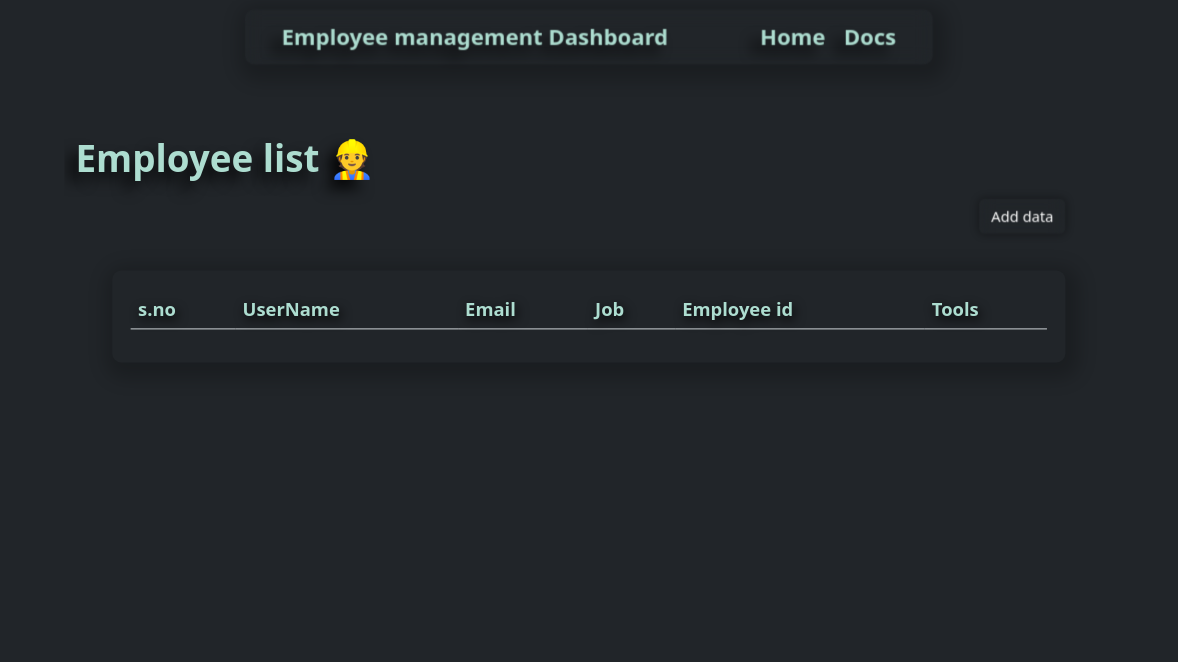
Repository: iamevs/Employee-Management-System
Page: /home (app in client/)
An editor plug-in stored every save of this project. The page is shown before and after the next save, followed by the edit.
The browser window is 1280 px wide. The pictures show the whole page, at 92% of full size.
The page's requests for data from a server got no answer. The project was rebuilt for these pictures with package versions that can differ from the ones it lists, and the page was loaded fresh each time. No one was signed in, and anything a server would have sent is missing. Also part of the build but not shown: client/vite.config.js, client/src/components/Register.jsx, client/src/components/Edit.jsx, client/src/components/Hero.jsx. Imported but missing from the stored project, and not drawn on this page: client/src/components/Details.

Above is the page before, as saved 2022-11-29 01:32:37.

### client/index.html
<html lang="en">
  <head>
    <meta charset="UTF-8" />
    <link rel="icon" type="image/svg+xml" href="/vite.svg" />
    <meta name="viewport" content="width=device-width, initial-scale=1.0" />
    <title>employee-management</title>
  </head>
  <body>
    <div id="root"></div>
    <script type="module" src="/src/main.jsx"></script>
  </body>
</html>

### client/src/main.jsx
import React, { StrictMode } from 'react';
import ReactDOM from 'react-dom';
import { createRoot } from "react-dom/client";
import './index.css';
import App from './App';
import { BrowserRouter } from "react-router-dom"
import ContextProvider from "./components/context/ContextProvider";
// root.render(
//   <StrictMode>
//   <ContextProvider>
//     <BrowserRouter>
//       <App />
//     </BrowserRouter>
//   </ContextProvider>
//   </StrictMode>
//   ,
//   document.getElementById('root')
// );


createRoot(document.getElementById('root')).render(
  <ContextProvider>
    <BrowserRouter>
      <App />
    </BrowserRouter>
  </ContextProvider>
)

### client/src/index.css
body {
  margin: 0;
  font-family: -apple-system, BlinkMacSystemFont, 'Segoe UI', 'Roboto', 'Oxygen',
    'Ubuntu', 'Cantarell', 'Fira Sans', 'Droid Sans', 'Helvetica Neue',
    sans-serif;
  -webkit-font-smoothing: antialiased;
  -moz-osx-font-smoothing: grayscale;
  background-color: #212529 !important;
  color: #fff !important;
}

code {
  font-family: source-code-pro, Menlo, Monaco, Consolas, 'Courier New',
    monospace;
}

.btns{
  display: flex;
  justify-content: space-between;
}

.btns > .tool, .tool{
  /* border: 1px solid #fff; */
  backdrop-filter: blur(10px);
  box-shadow: 0px 0px 9px 1px rgb(0 0 0 / 35%);
}

.form-control{
  background-color: #212529 !important;
  color: #C8DBBE !important;
  border: 1px solid #fff !important;
}

### client/src/App.jsx
import './App.css';
import "../node_modules/bootstrap/dist/css/bootstrap.min.css"
import "../node_modules/bootstrap/dist/js/bootstrap.bundle.min.js"
import Navbar from './components/Navbar';
import Home from './components/Home';
import Register from './components/Register';
import Edit from './components/Edit';
import Details from './components/Details';
import Hero from "./components/Hero.jsx";
import {Routes,Route} from "react-router-dom"




function App() {
  return (
   <>
    <Navbar />
    <Routes>
      <Route path="/" element={<Hero/>} />
      <Route  path="/home" element={<Home/>} />
      <Route exact path="/register" element={<Register/>} />
      <Route exact path="/edit/:id" element={<Edit/>} />
      <Route exact path="/view/:id" element={<Details/>} />
    </Routes>

   </>
  );
}

export default App;

### client/src/components/context/ContextProvider.jsx
import React, { createContext, useState } from 'react'


export const adddata = createContext("");
export const updatedata = createContext("");
export const deldata = createContext("");

const ContextProvider = ({ children }) => {

    const [udata, setUdata] = useState("");
    const [updata, setUPdata] = useState("");
    const [dltdata, setDLTdata] = useState("");


    return (
        <adddata.Provider value={{ udata, setUdata }}>
            <updatedata.Provider value={{ updata, setUPdata }}>
                <deldata.Provider value={{dltdata, setDLTdata}}>
                    {children}
                </deldata.Provider>

            </updatedata.Provider>

        </adddata.Provider>
    )
}

export default ContextProvider;

### client/src/App.css
.add_btn{
  text-align: right;
}

.container{
  overflow: auto;
}

.left_view h3{
  font-size: 21px;
}

.left_view p{
  font-weight: 600;
}

.left_view span{
  font-weight: 400;
}

.right_view p{
  font-weight: 600;
}


.right_view span{
  font-weight: 400;
}

### client/src/components/Navbar.jsx
import React from 'react'
import { NavLink } from 'react-router-dom'
import { Box, Stack } from "@mui/material";


const Navbar = () => {
    return (
        <Stack justifyContent={"center"} direction={"row"} marginTop={"10px"}>
            <Box justifyContent={"space-between"} alignItems={"center"} className="navbar navbar-expand-lg text-white" sx={{
                backgroundColor: "transparent",
                backdropFilter: "blur(10px) !important",
                position: "relative",
                color: "white",
                boxShadow: "4px 7px 20px 11px rgb(0 0 0 / 20%)",
                height: "60px",
                padding: "0 40px 0 40px",
                width: "auto",
                borderRadius: "10px"
            }}>
                <Box sx={{
                    fontSize: "1.5rem",
                    color: "#ADDDD0",
                    fontWeight: "600",
                    textShadow: "-10px 10px 15px rgba(0, 0, 0, 0.8)",
                    marginRight: "100px"
                }}>Employee management Dashboard</Box>
                <Box direction={"row"}>
                    <a href="/home" style={{
                        fontSize: "1.5rem",
                        color: "#ADDDD0",
                        fontWeight: "600",
                        textShadow: "-10px 10px 15px rgba(0, 0, 0, 0.8)",
                        textDecoration: "none",
                    }}>Home</a>
                    <a href="/" style={{
                        fontSize: "1.5rem",
                        color: "#ADDDD0",
                        fontWeight: "600",
                        textShadow: "-10px 10px 15px rgba(0, 0, 0, 0.8)",
                        textDecoration: "none",
                        marginLeft: "20px"
                    }}>Docs</a>

                </Box>
            </Box>
        </Stack>
    )
}

export default Navbar

### client/src/components/Home.jsx
import React, { useState, useEffect, useContext } from 'react'
import ReadMoreRoundedIcon from '@mui/icons-material/ReadMoreRounded';
import NoteAltOutlinedIcon from '@mui/icons-material/NoteAltOutlined';
import DeleteOutlineIcon from '@mui/icons-material/DeleteOutline';
import { NavLink } from 'react-router-dom';
import { adddata, deldata } from './context/ContextProvider';
import { updatedata } from './context/ContextProvider'
import ReactTooltip from 'react-tooltip';

var getuserlink = "http://localhost:8001/getusers";


const Home = () => {

    const [getuserdata, setUserdata] = useState([]);

    console.log(getuserdata);

    const { udata, setUdata } = useContext(adddata);

    const { updata, setUPdata } = useContext(updatedata);

    const { dltdata, setDLTdata } = useContext(deldata);

    const getdata = async () => {

        const res = await fetch(getuserlink, {
            method: "GET",
            headers: {
                "Content-Type": "application/json"
            }
        });

        const data = await res.json();
        console.log(data);

        if (res.status === 422 || !data) {
            console.log("error ");

        } else {
            setUserdata(data)
            console.log("get data");

        }
    }

    useEffect(() => {
        getdata();
    }, [])

    const deleteuser = async (id) => {

        const res2 = await fetch(`/deleteuser/${id}`, {
            method: "DELETE",
            headers: {
                "Content-Type": "application/json"
            }
        });

        const deletedata = await res2.json();
        console.log(deletedata);

        if (res2.status === 422 || !deletedata) {
            console.log("error");
        } else {
            console.log("user deleted");
            setDLTdata(deletedata)
            getdata();
        }

    }


    return (

        <>
            {
                udata ?
                    <>
                        <div className="alert alert-success alert-dismissible fade show" role="alert">
                            <strong>{udata.name}</strong>  added succesfully!
                            <button type="button" className="btn-close" data-bs-dismiss="alert" aria-label="Close"></button>
                        </div>
                    </> : ""
            }
            {
                updata ?
                    <>
                        <div className="alert alert-success alert-dismissible fade show" role="alert">
                            <strong>{updata.name}</strong>  updated succesfully!
                            <button type="button" className="btn-close" data-bs-dismiss="alert" aria-label="Close"></button>
                        </div>
                    </> : ""
            }

            {
                dltdata ?
                    <>
                        <div className="alert alert-danger alert-dismissible fade show" role="alert">
                            <strong>{dltdata.name}</strong>  deleted succesfully!
                            <button type="button" className="btn-close" data-bs-dismiss="alert" aria-label="Close"></button>
                        </div>
                    </> : ""
            }


            <div className="mt-5">
                <div className="container">

                    <h2 style={{
                        marginTop: "30px",
                        fontSize: "2.5rem",
                        color: "#ADDDD0",
                        fontWeight: "600",
                        marginBottom: "20px",
                        textShadow: "-10px 10px 15px rgba(0, 0, 0, 0.8)"
                    }}>Employee list <span style={{ fontSize: "40px" }}>👷</span> </h2>
                    <div className="add_btn mt-2 mb-2">
                        <NavLink to="/register" className="btn text-white tool" style={{marginRight: "40px"}}>Add data</NavLink>
                    </div>

                    <div className='table-responsive' style={{
                        backgroundColor: "transparent",
                        backdropFilter: "blur(10px) !important",
                        // position: "relative",
                        // color: "#ADDDD0",
                        boxShadow: "4px 7px 20px 11px rgb(0 0 0 / 20%)",
                        borderRadius: "10px",
                        padding: "20px",
                        height: "auto",
                        margin: "40px"
                    }}>
                        <table class="table">
                            <thead>
                                <tr className="table" style={{
                                    fontSize: "20px",
                                    color: "#ADDDD0",
                                    filter: "drop-shadow(2px 4px 6px black)",
                                }}>
                                    <th scope="col">s.no</th>
                                    <th scope="col">UserName</th>
                                    <th scope="col">Email</th>
                                    <th scope="col">Job</th>
                                    <th scope="col">Employee id</th>
                                    <th scope="col">Tools</th>
                                </tr>
                            </thead>
                            <tbody>

                                {
                                    getuserdata.map((val, ind) => {
                                        return (
                                            <tr className='text-white'>
                                                <th scope="row">{ind + 1}</th>
                                                <td>{val.name}</td>
                                                <td>{val.email}</td>
                                                <td>{val.work}</td>
                                                <td>{val.mobile}</td>
                                                <td className='btns'>
                                                    <NavLink to={`/view/${val._id}`} className="btn text-white tool" data-tip="More Details"><ReadMoreRoundedIcon /></NavLink>
                                                    <NavLink to={`/update/${val._id}`} className="btn text-white tool" data-tip="Edit Details"><NoteAltOutlinedIcon /></NavLink>
                                                    <button onClick={() => deleteuser(val._id)} className="btn text-white tool" data-tip="Fire Employee"><DeleteOutlineIcon /></button>
                                                    <ReactTooltip />
                                                </td>
                                            </tr>
                                        )
                                    })
                                }
                            </tbody>
                        </table>
                    </div>
                </div>
            </div>
        </>
    )
}

export default Home

After the next save:
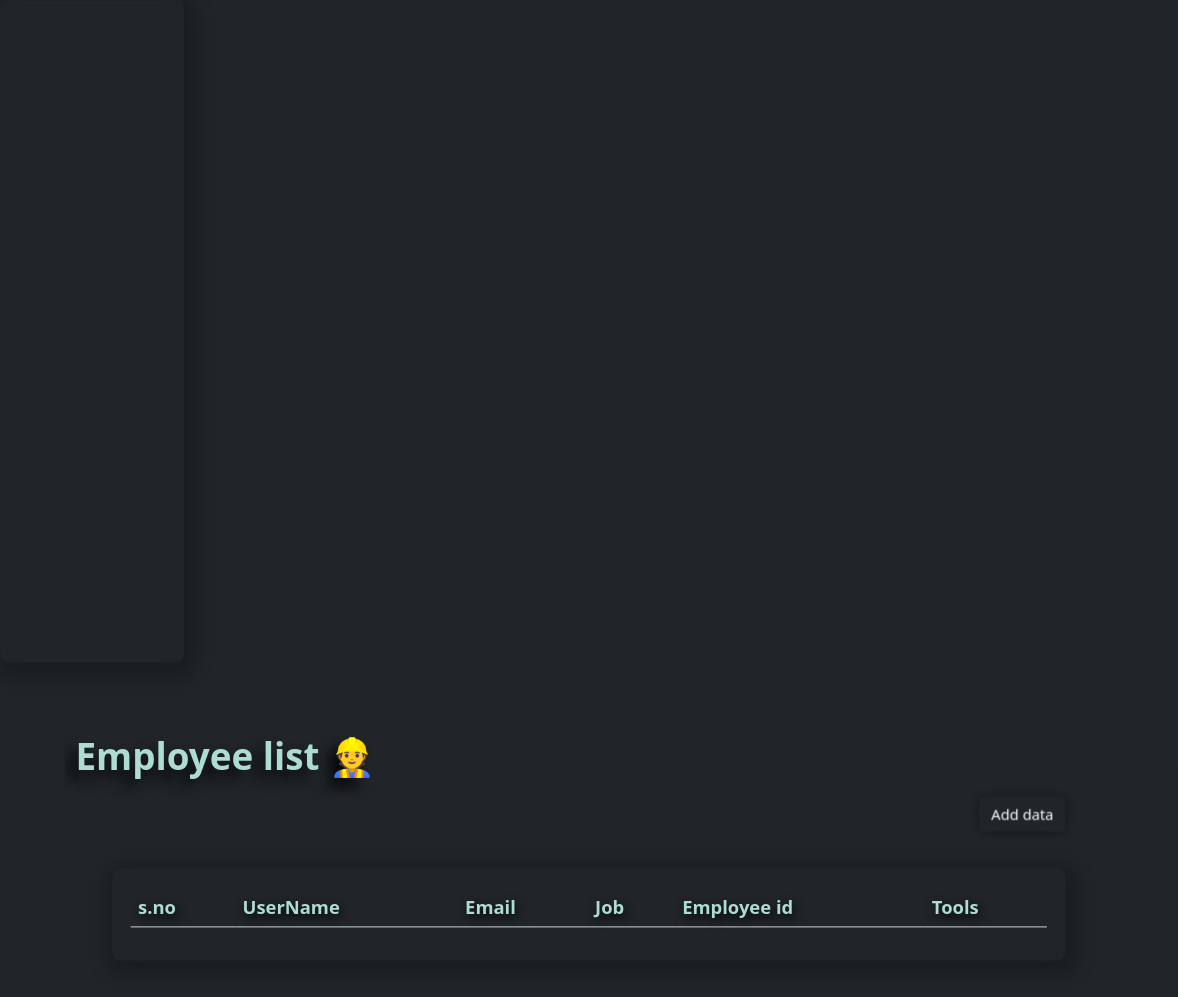
Saved 47 s later.
--- a/client/src/components/Navbar.jsx
+++ b/client/src/components/Navbar.jsx
@@ -5,44 +5,57 @@ import { Box, Stack } from "@mui/material";
 
 const Navbar = () => {
     return (
-        <Stack justifyContent={"center"} direction={"row"} marginTop={"10px"}>
-            <Box justifyContent={"space-between"} alignItems={"center"} className="navbar navbar-expand-lg text-white" sx={{
-                backgroundColor: "transparent",
-                backdropFilter: "blur(10px) !important",
-                position: "relative",
-                color: "white",
-                boxShadow: "4px 7px 20px 11px rgb(0 0 0 / 20%)",
-                height: "60px",
-                padding: "0 40px 0 40px",
-                width: "auto",
-                borderRadius: "10px"
-            }}>
-                <Box sx={{
-                    fontSize: "1.5rem",
-                    color: "#ADDDD0",
-                    fontWeight: "600",
-                    textShadow: "-10px 10px 15px rgba(0, 0, 0, 0.8)",
-                    marginRight: "100px"
-                }}>Employee management Dashboard</Box>
-                <Box direction={"row"}>
-                    <a href="/home" style={{
-                        fontSize: "1.5rem",
-                        color: "#ADDDD0",
-                        fontWeight: "600",
-                        textShadow: "-10px 10px 15px rgba(0, 0, 0, 0.8)",
-                        textDecoration: "none",
-                    }}>Home</a>
-                    <a href="/" style={{
-                        fontSize: "1.5rem",
-                        color: "#ADDDD0",
-                        fontWeight: "600",
-                        textShadow: "-10px 10px 15px rgba(0, 0, 0, 0.8)",
-                        textDecoration: "none",
-                        marginLeft: "20px"
-                    }}>Docs</a>
+        // <Stack justifyContent={"center"} direction={"row"} marginTop={"10px"}>
+        //     <Box justifyContent={"space-between"} alignItems={"center"} className="navbar navbar-expand-lg text-white" sx={{
+        //         backgroundColor: "transparent",
+        //         backdropFilter: "blur(10px) !important",
+        //         position: "relative",
+        //         color: "white",
+        //         boxShadow: "4px 7px 20px 11px rgb(0 0 0 / 20%)",
+        //         height: "60px",
+        //         padding: "0 40px 0 40px",
+        //         width: "auto",
+        //         borderRadius: "10px"
+        //     }}>
+        //         <Box sx={{
+        //             fontSize: "1.5rem",
+        //             color: "#ADDDD0",
+        //             fontWeight: "600",
+        //             textShadow: "-10px 10px 15px rgba(0, 0, 0, 0.8)",
+        //             marginRight: "100px"
+        //         }}>Employee management Dashboard</Box>
+        //         <Box direction={"row"}>
+        //             <a href="/home" style={{
+        //                 fontSize: "1.5rem",
+        //                 color: "#ADDDD0",
+        //                 fontWeight: "600",
+        //                 textShadow: "-10px 10px 15px rgba(0, 0, 0, 0.8)",
+        //                 textDecoration: "none",
+        //             }}>Home</a>
+        //             <a href="/" style={{
+        //                 fontSize: "1.5rem",
+        //                 color: "#ADDDD0",
+        //                 fontWeight: "600",
+        //                 textShadow: "-10px 10px 15px rgba(0, 0, 0, 0.8)",
+        //                 textDecoration: "none",
+        //                 marginLeft: "20px"
+        //             }}>Docs</a>
 
-                </Box>
-            </Box>
+        //         </Box>
+        //     </Box>
+        // </Stack>
+        <Stack direction={"column"} sx={{
+            backgroundColor: "transparent",
+            backdropFilter: "blur(10px) !important",
+            position: "relative",
+            color: "white",
+            boxShadow: "4px 7px 20px 11px rgb(0 0 0 / 20%)",
+            height: "100vh",
+            width: "200px",
+            borderRadius: "10px"
+
+        }}>
+
         </Stack>
     )
 }
